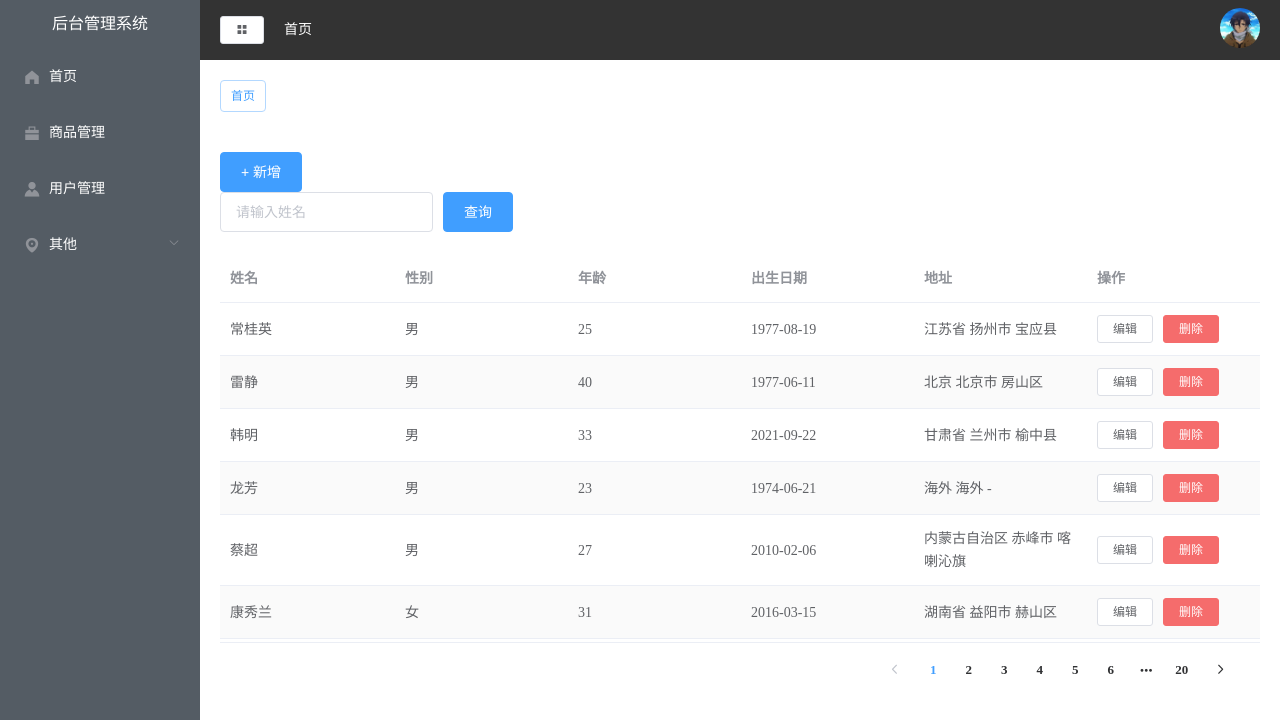
Repository: ldqml/ldqml.github.io
Page: /#/user
These files come from the project's save history. The page is drawn as it stood at one moment and after the next save; the edit follows.
The browser window is 1280 px wide. The pictures show the whole page.
The project was rebuilt for these pictures with package versions that can differ from the ones it lists, and the page was loaded fresh each time. Also part of the build but not shown: vue.config.js, src/views/Home.vue, src/views/Mall.vue, src/views/PageOne.vue, src/views/PageTwo.vue.

Above is the page before, as saved 2022-11-11 17:34:49.

After the next save:
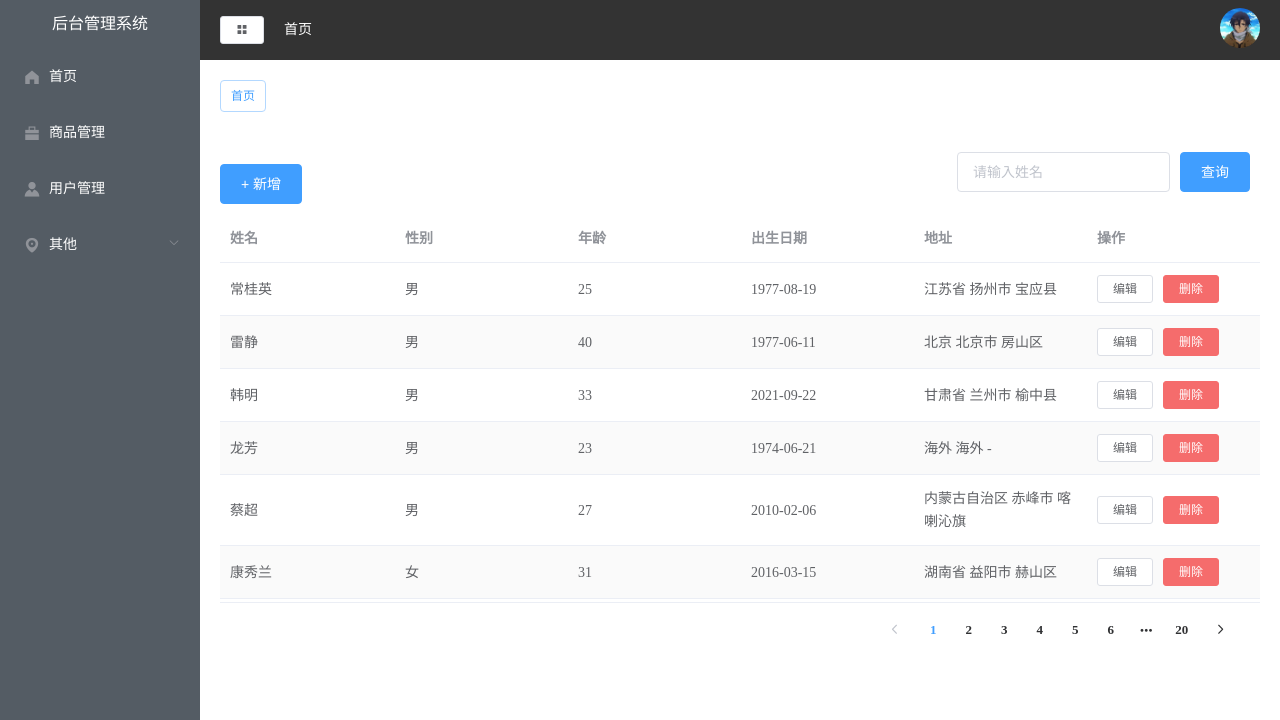
Saved 2 min 9 s later.
--- a/src/views/User.vue
+++ b/src/views/User.vue
@@ -204,6 +204,11 @@ export default {
 <style lang="less" scoped>
 .manage {
   height: 90%;
+  .manage-header{
+    display: flex;
+    justify-content: space-between;
+    align-items: center;
+  }
   .common-tabel{
     position: relative;
     height: calc(100% - 62px);
